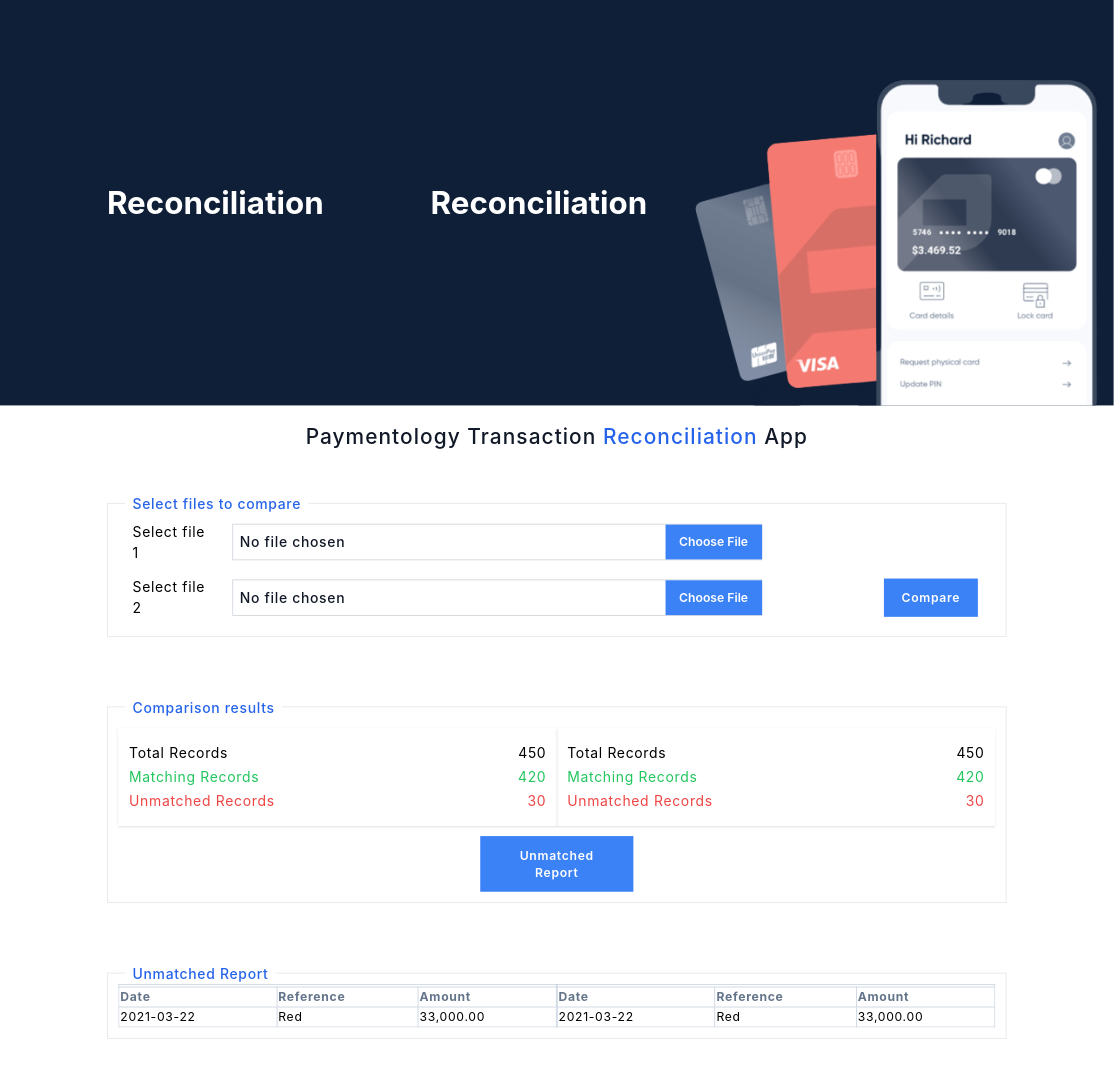
Repository: chionye/paymentology-front
Page: /
The author's editor kept a copy of each file at every save. The page is drawn from the files as they stood at one save, then again after the next save.
The browser window is 1280 px wide. The pictures show the whole page, at 87% of full size.
The project was rebuilt for these pictures with package versions that can differ from the ones it lists, and the page was loaded fresh each time.

Above is the page before, as saved 2022-03-20 13:36:47.

After the next save:
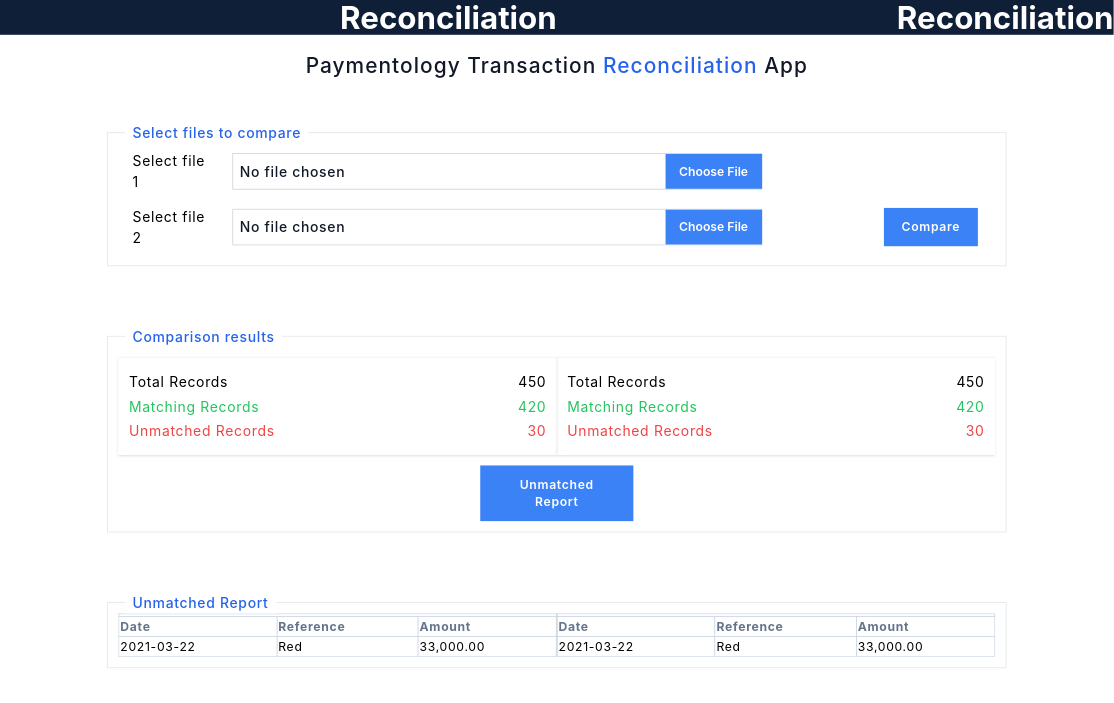
Saved 5 s later.
--- a/src/components/Banner.js
+++ b/src/components/Banner.js
@@ -12,7 +12,7 @@ const Banner = () => {
             <div className="w-1/2 text-white text-4xl font-bold text-right">
                 <h1>Reconciliation</h1>
             </div>
-            <img src={BannerImg} alt="Banner" />
+
         </div>
     )
 }
